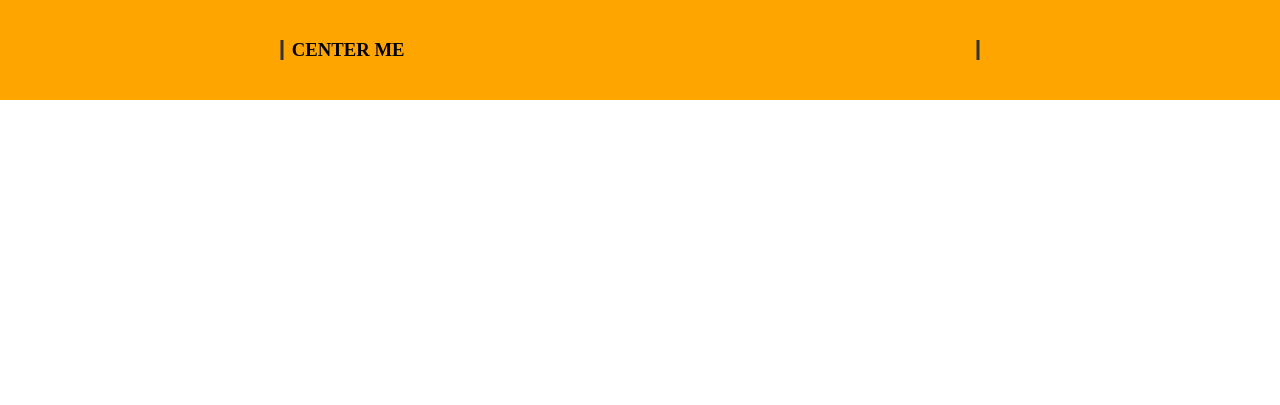
Repository: phanvu0103/HTML-CSS
Page: CSS_17.2_Các-cách-căn-giữa-trong-CSS/index.html
An editor plug-in stored every save of this project. The page is shown before and after the next save, followed by the edit.
The browser window is 1280 px wide. The pictures show the whole page.

Above is the page before, as saved 2022-09-24 12:57:12.

After the next save:
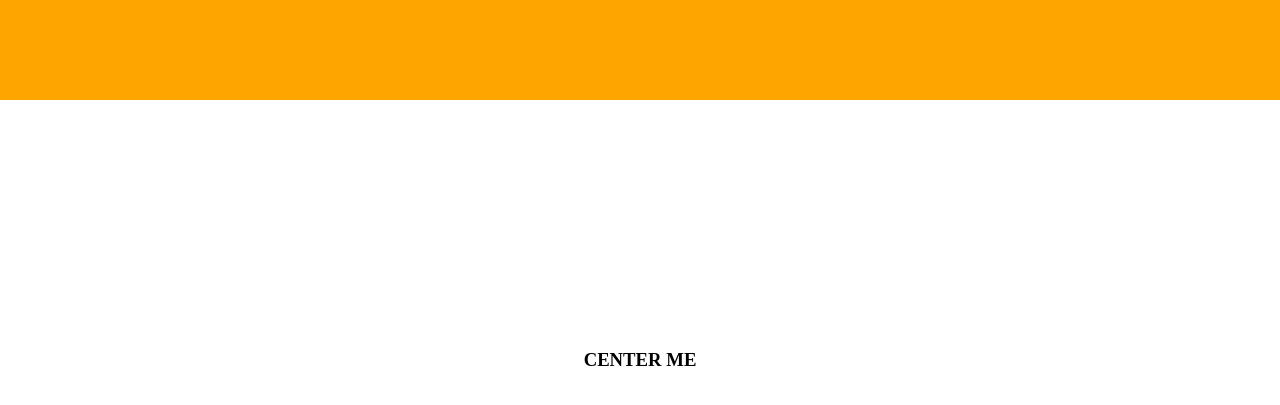
Saved 2 min 6 s later.
--- a/CSS_17.2_Các-cách-căn-giữa-trong-CSS/style.css
+++ b/CSS_17.2_Các-cách-căn-giữa-trong-CSS/style.css
@@ -7,8 +7,6 @@
   background-color: orange;
   height: 100px;
   display: flex;
-  text-align: center;
-  justify-items: center;
   /* --height: 100px; */
   /* biến logo của box h3 costheer thường hưởng có thể đổi 200px
   cungxko sao */
@@ -30,18 +28,18 @@ h3 {
   /* text-align: center; */
   /* line-height: var(--height); */
   /* line-height: 100px; */
-  /* position: absolute;
+  position: absolute;
   top: 50%;
   left: 50%;
-  transform: translate(-50%, -50%); */
+  transform: translate(-50%, -50%);
 }
-h3::after {
+/* h3::after {
   /* căn giữa dấu gạch trước CENTER */
   position: absolute;
   left: -10px;
   content: "";
   border-left: 3px solid #333;
-  height: 20px;
+  height: 20px; */
   top: 50%;
   transform: translate(-50%, -50%);
 }
